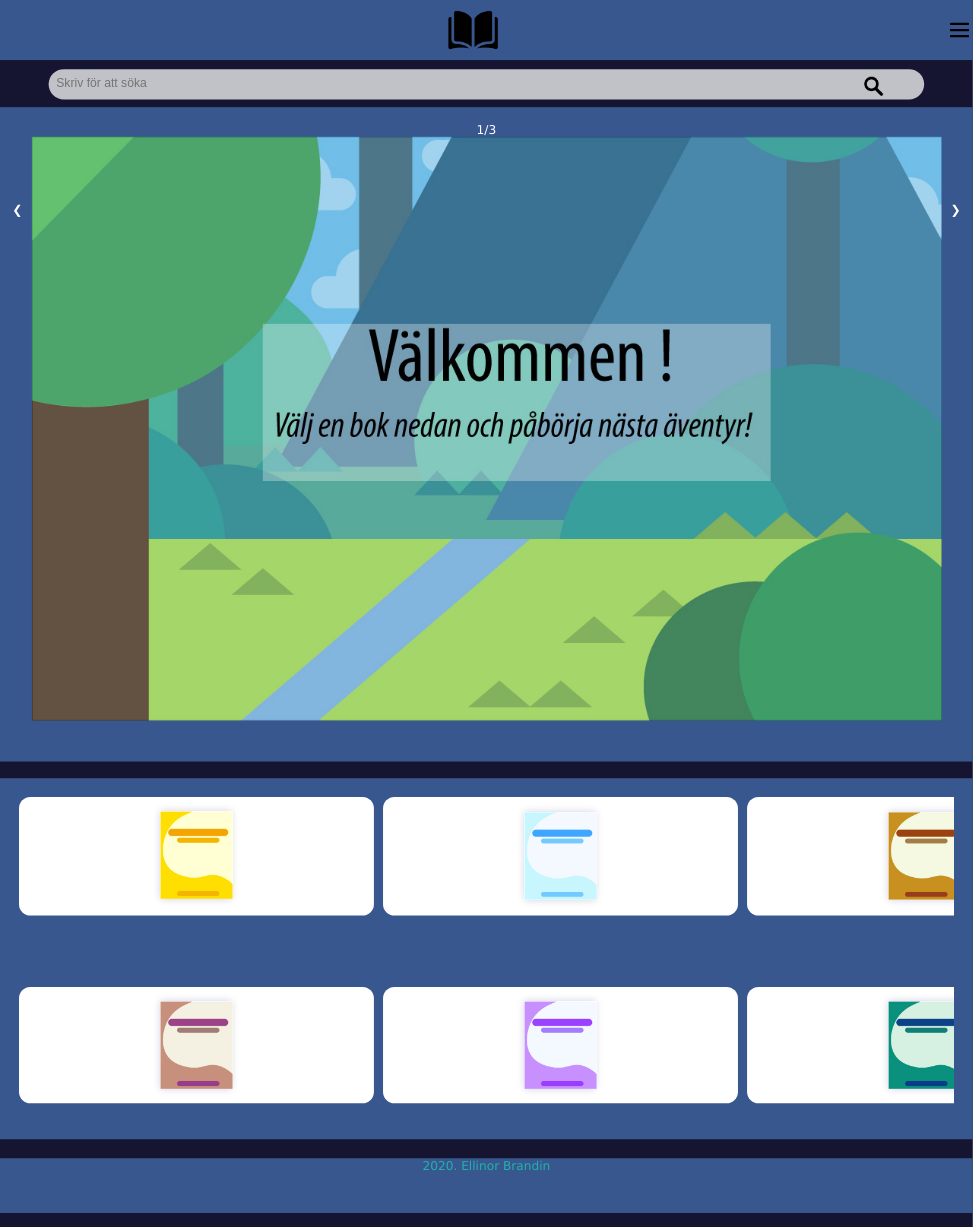
Repository: EllinorBrandin/projekt2
Page: index.html
These files come from the project's save history. The page is drawn as it stood at one moment and after the next save; the edit follows.
The browser window is 1280 px wide. The pictures show the whole page, at 76% of full size.

Above is the page before, as saved 2020-05-29 01:22:30.

After the next save:
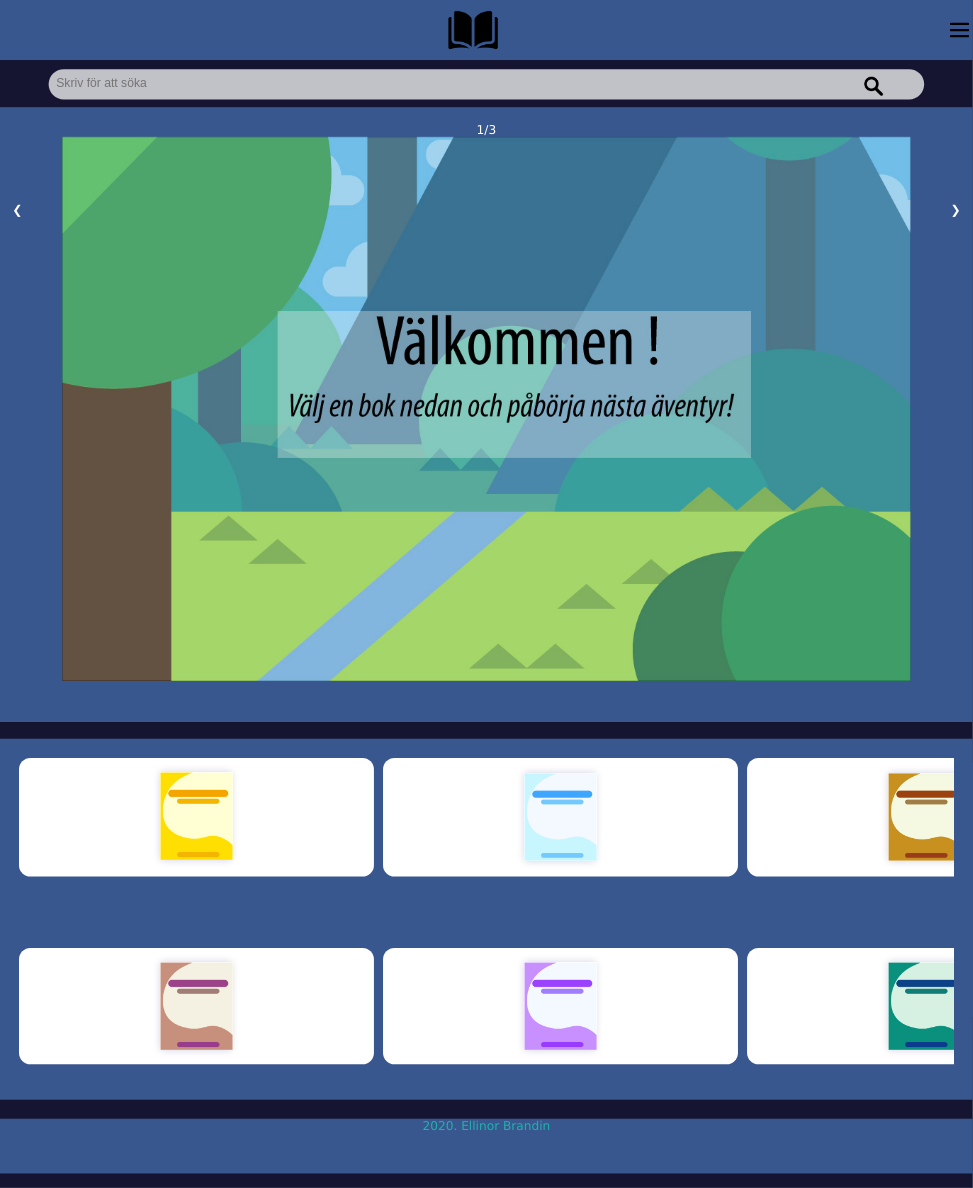
Saved 4 s later.
--- a/index.html
+++ b/index.html
@@ -37,19 +37,19 @@
 
     <div class="mySlides fade">
       <div class="numbertext">1/3</div>
-      <img src="img/till-weuweb.jpg" alt="Slideshow" id="till-weuweb" >
+      <img src="img/till-weuweb.jpg" alt="Slideshow" class="till-weuweb" >
       <div class="text1"></div>
     </div>
 
     <div class="mySlides fade">
       <div class="numbertext">2/3</div>
-      <img src="img/ännu-en-till-weuweb.jpg" alt="Slideshow" id="till-weuweb">
+      <img src="img/ännu-en-till-weuweb.jpg" alt="Slideshow" class="till-weuweb">
       <div class="text"></div>
     </div>
 
     <div class="mySlides fade">
       <div class="numbertext">3/3</div>
-      <img src="img/sista-för-weuweb.jpg" alt="Slideshow" id="till-weuweb">
+      <img src="img/sista-för-weuweb.jpg" alt="Slideshow" class="till-weuweb">
       <div class="text"></div>
     </div>
 
